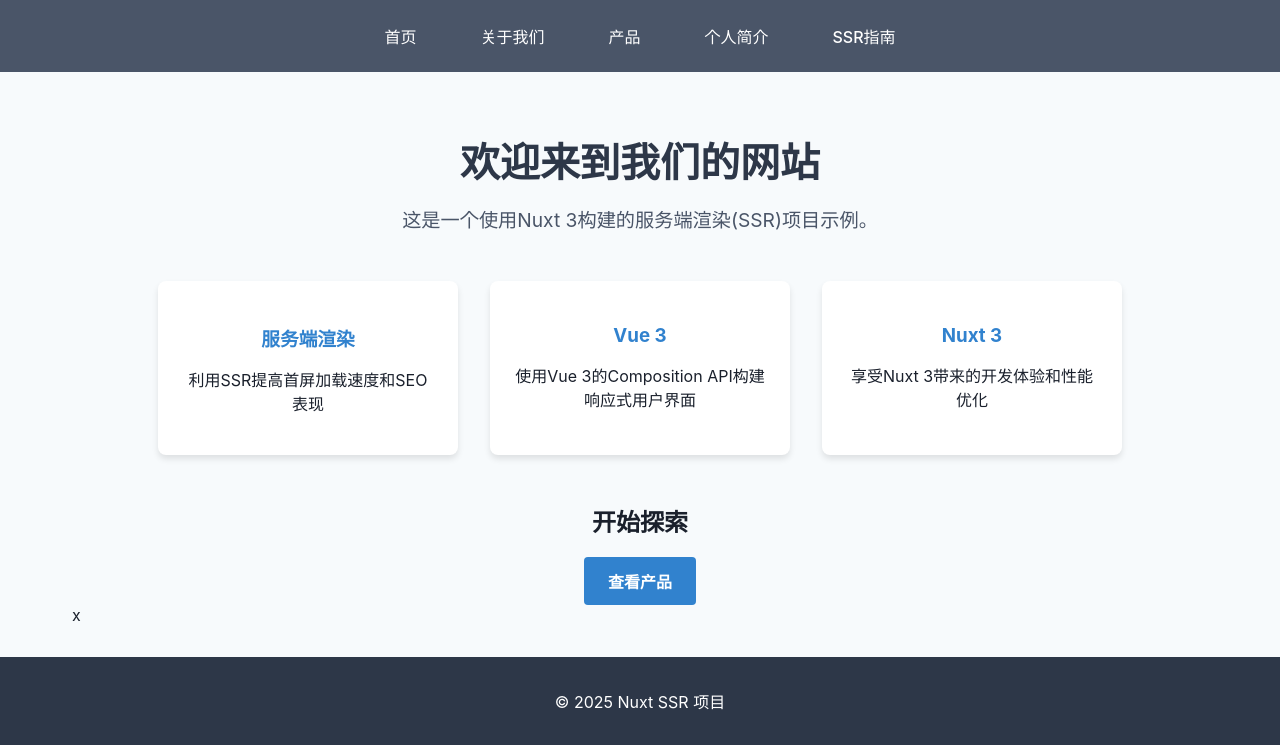
Repository: Bovia/about-me
Page: /
An editor plug-in stored every save of this project. The page is shown before and after the next save, followed by the edit.
The browser window is 1280 px wide. The pictures show the whole page.
The project was rebuilt for these pictures with package versions that can differ from the ones it lists, and the page was loaded fresh each time. The framework's server and built-in components were replaced by stand-ins that run in the browser. Also part of the build but not shown: nuxt.config.ts, components/AnimatedSkillTag.vue, components/AnimationShowcase.vue, components/CertificateModal.vue, components/ContactForm.vue, components/FloatingParticles.vue, components/GitHubShowcase.vue, components/GlassNavbar.vue and 6 more.

Above is the page before, as saved 2025-06-30 13:26:48.

After the next save:
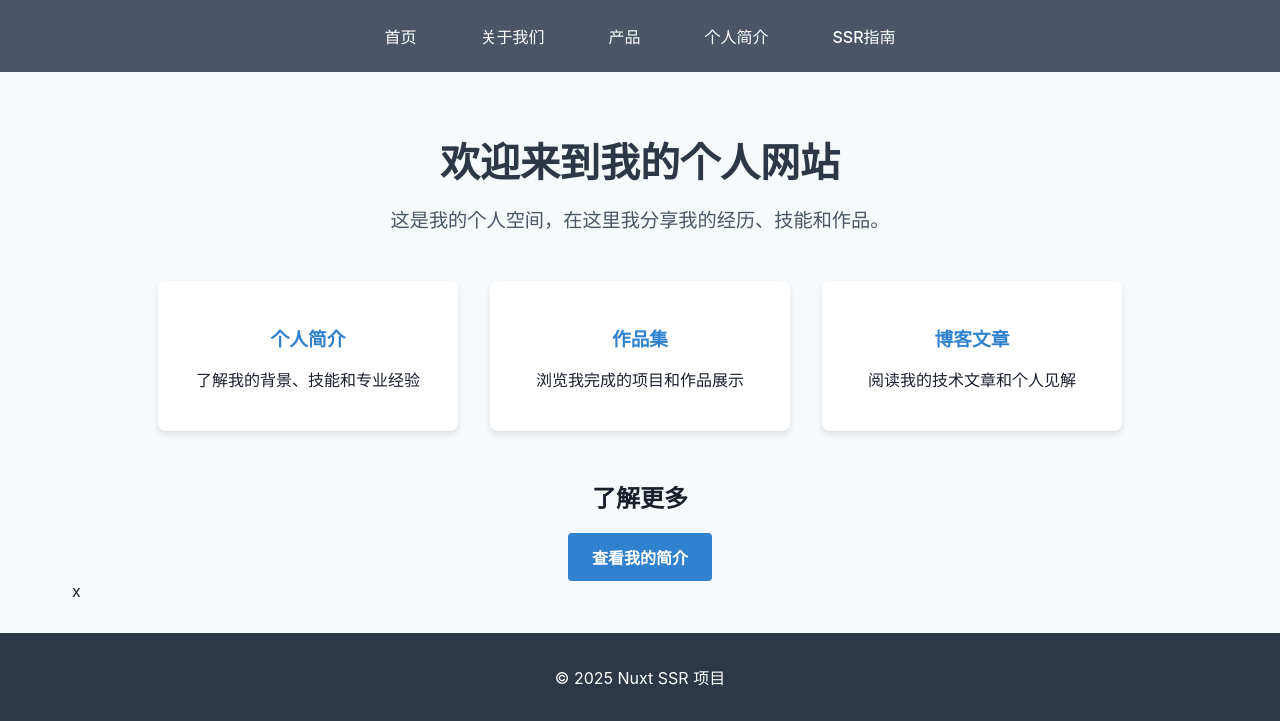
Saved 3 min 10 s later.
--- a/pages/index.vue
+++ b/pages/index.vue
@@ -1,28 +1,28 @@
 <template>
   <div class="home-page">
-    <h1>欢迎来到我们的网站</h1>
-    <p class="intro">这是一个使用Nuxt 3构建的服务端渲染(SSR)项目示例。</p>
+    <h1>欢迎来到我的个人网站</h1>
+    <p class="intro">这是我的个人空间，在这里我分享我的经历、技能和作品。</p>
 
     <div class="features">
       <div class="feature-card">
-        <h3>服务端渲染</h3>
-        <p>利用SSR提高首屏加载速度和SEO表现</p>
+        <h3>个人简介</h3>
+        <p>了解我的背景、技能和专业经验</p>
       </div>
 
       <div class="feature-card">
-        <h3>Vue 3</h3>
-        <p>使用Vue 3的Composition API构建响应式用户界面</p>
+        <h3>作品集</h3>
+        <p>浏览我完成的项目和作品展示</p>
       </div>
 
       <div class="feature-card">
-        <h3>Nuxt 3</h3>
-        <p>享受Nuxt 3带来的开发体验和性能优化</p>
+        <h3>博客文章</h3>
+        <p>阅读我的技术文章和个人见解</p>
       </div>
     </div>
 
     <div class="cta-section">
-      <h2>开始探索</h2>
-      <NuxtLink to="/products" class="cta-button">查看产品</NuxtLink>
+      <h2>了解更多</h2>
+      <NuxtLink to="/profile" class="cta-button">查看我的简介</NuxtLink>
     </div>
   </div>
 </template>
@@ -30,9 +30,9 @@
 <script setup>
 // 页面元数据
 useHead({
-  title: '首页 - Nuxt SSR 项目',
+  title: '首页 - 我的个人网站',
   meta: [
-    { name: 'description', content: 'Nuxt 3 SSR项目的首页' }
+    { name: 'description', content: '欢迎来到我的个人网站，了解我的经历、技能和作品' }
   ]
 })
 </script>
